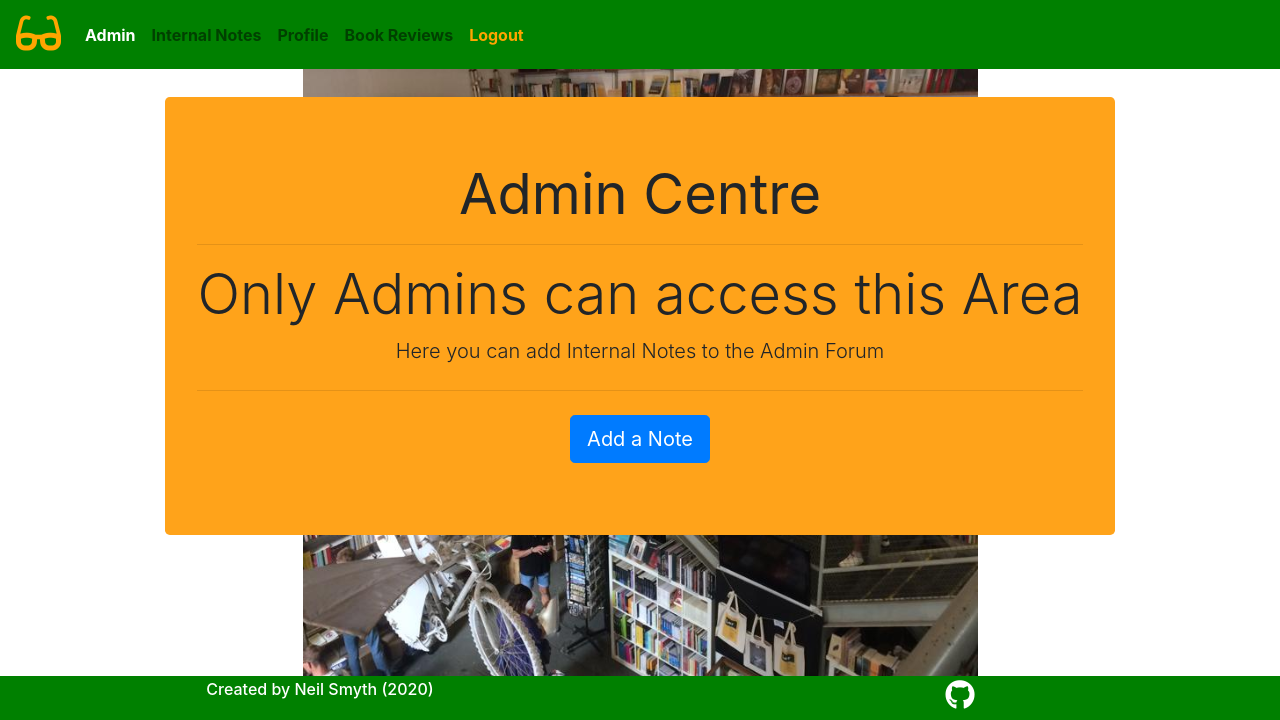
Repository: NeiloErnesto89/Data_Centric_Dev_Milestone_Project3
Page: templates/admin.html
The author's editor kept a record of every edit. The page is drawn from the files as they stood at one moment, then again after the next edit.
The browser window is 1280 px wide. The pictures show the whole page.
Some web libraries are served in a nearby version. The template is drawn by Flask 3. The application's start-up code is not run. Other server files are loaded and not shown. The template is opened directly, without the code that normally fills it, so the values that code supplies are empty.

Above is the page before.

### templates/admin.html
{% extends "base.html" %}

<!--NavBar with Burger Icon-->
{% block navbar %}
<header class="nav-container">
    <nav class="navbar navbar-expand-lg navbar-light mb-1 text-center fixed-top">
        <a class="navbar-brand" data-target="#modalPopUp" data-toggle="modal"><i class="fas fa-glasses" style="font-size:40px;color:orange;"></i></a>
        <button class="navbar-toggler" type="button" data-toggle="collapse" data-target="#navbarTogglerDemo02" aria-controls="navbarTogglerDemo02" aria-expanded="false" aria-label="Toggle navigation">
                                <span class="navbar-toggler-icon"></span>
                              </button>
        <div class="collapse navbar-collapse" id="navbarTogglerDemo02">
            <ul class="navbar-nav mr-auto mt-0 mt-lg-0">

                {% if user.username == None %}
                <li class="nav-item">
                    <a class="nav-link" href="{{ url_for('index') }}"><b>Home</b></a>
                </li>
                <li class="nav-item">
                    <a class="nav-link" href="{{ url_for('signup') }}"><b>Sign Up</b></a>
                </li>
                <li class="nav-item">
                    <a class="nav-link" href="{{ url_for('login') }}"><b>Login</b></a>
                </li>

                {% else %}

                <li class="nav-item">
                    <a class="nav-link" style="color:white;" href="{{ url_for('admin') }}"><b>Admin</b></a>
                </li>
                <li class="nav-item">
                    <a class="nav-link" href="{{ url_for('all_comments') }}"><b>Internal Notes</b></a>
                </li>
                <li class="nav-item">
                    <a class="nav-link" href="{{ url_for('bio') }}"><b>Profile</b></a>
                </li>
                <li class="nav-item">
                    <a class="nav-link" href="{{ url_for('all_reviews') }}"><b>Book Reviews</b></a>
                </li>

                <div>
                    <li class="nav-item">
                        <a class="nav-link" style="color:orange;" href="{{ url_for('logout') }}"><b>Logout</b></a>
                    </li>
                </div>
                {% endif %}


            </ul>
        </div>
    </nav>
</header>
{% endblock navbar %}

{% block content %}

<div class="row">
            <div class="jumbotron mt-3">
                <h1 class="display-4 text-center"><b>Admin Centre</b></h1>
                <hr>
                <h5 class="display-4 text-center">Only Admins can access this Area</h5>
                <p class="lead text-center">Here you can add Internal Notes to the Admin Forum</p>
                <hr class="my-4">
                <div class="row">
                    <div class="col-sm-12">
                        <div class="text-center">
                            <a class="btn btn-primary btn-lg mb-2 " href="{{ url_for('comment_page') }}" role="button">Add a Note</a>
                        </div>
                    </div>

                </div>
            </div>

        </div>

{% endblock %}

### templates/base.html
<!DOCTYPE html>
<html lang="en">

<head>
    <meta charset="UTF-8">
    <meta name="viewport" content="width=device-width, initial-scale=1.0">
    <meta http-equiv="X-UA-Compatible" content="ie=edge">

    <title>Book Reviews</title>

    <!-- Bootstrap -->
    <link rel="stylesheet" href="https://stackpath.bootstrapcdn.com/bootstrap/4.3.1/css/bootstrap.min.css" integrity="sha384-ggOyR0iXCbMQv3Xipma34MD+dH/1fQ784/j6cY/iJTQUOhcWr7x9JvoRxT2MZw1T" crossorigin="anonymous">

    <!-- Google Font-->

    <link href="https://fonts.googleapis.com/css?family=Montserrat:400,700" rel="stylesheet">

    <!-- Font Awesome-->

    <link rel="stylesheet" href="https://use.fontawesome.com/releases/v5.7.2/css/all.css" integrity="sha384-fnmOCqbTlWIlj8LyTjo7mOUStjsKC4pOpQbqyi7RrhN7udi9RwhKkMHpvLbHG9Sr" crossorigin="anonymous">

    <link rel="stylesheet" href="https://cdnjs.cloudflare.com/ajax/libs/font-awesome/4.7.0/css/font-awesome.min.css">

    <!-- CSS -->

    <link rel="stylesheet" href="{{url_for('static', filename='css/style.css')}}" type="text/css" />


</head>

<body>

<div class="cover-container d-flex mx-auto flex-column">

            <!--NavBar with Burger Icon-->
        {% block navbar %}
        <header class="nav-container">
            <nav class="navbar navbar-expand-lg navbar-light mb-1 text-center fixed-top">
                <a class="navbar-brand" href="{{ url_for('index') }}" data-target="#modalPopUp" data-toggle="modal"><i class="fas fa-glasses" style="font-size:40px;color:orange;"></i></a>
                <button class="navbar-toggler" type="button" data-toggle="collapse" data-target="#navbarTogglerDemo02" aria-controls="navbarTogglerDemo02" aria-expanded="false" aria-label="Toggle navigation">
                                <span class="navbar-toggler-icon"></span>
                              </button>
                <div class="collapse navbar-collapse" id="navbarTogglerDemo02">
                    <ul class="navbar-nav mr-auto mt-0 mt-lg-0">


                        <li class="nav-item">
                            <a class="nav-link" href="{{ url_for('index') }}"><b>Home</b></a>
                        </li>
                        <li class="nav-item">
                            <a class="nav-link" href="{{ url_for('signup') }}"><b>Sign Up</b></a>
                        </li>
                        <li class="nav-item">
                            <a class="nav-link" href="{{ url_for('login') }}"><b>Login</b></a>
                        </li>

                    </ul>
                </div>
            </nav>
        </header>
        {% endblock navbar %}



    <hr>

    <main class="container base-container mt-5 mb-5">
            {% block content %}
            {% endblock %}

    </main>
    <hr>

        <!--FOOTER -->

        <div class="footer container-fluid">
            <div class="row justify-content-center">
                <div class="text-center col-xs-12 col-sm-6 mt-1 mb-2">

                    <h6>Created by Neil Smyth (2020)</h6>

                </div>
                <div class="text-center col-xs-12 col-sm-6 mt-1 mb-2">

                    <a href="https://github.com/NeiloErnesto89" target="_blank "><i class="fab fa-github" style="font-size:30px; color:white; "></i></a>

                </div>
            </div>
        </div> <!-- footer container-->

</div>    <!--Cover Container -->

    <!-- JQuery -->
    <script src="https://cdnjs.cloudflare.com/ajax/libs/jquery/3.2.1/jquery.min.js"></script>

    <!-- Bootstrap JS-->

    <script src="https://code.jquery.com/jquery-3.3.1.slim.min.js" integrity="sha384-q8i/X+965DzO0rT7abK41JStQIAqVgRVzpbzo5smXKp4YfRvH+8abtTE1Pi6jizo" crossorigin="anonymous"></script>
    <script src="https://cdnjs.cloudflare.com/ajax/libs/popper.js/1.14.7/umd/popper.min.js" integrity="sha384-UO2eT0CpHqdSJQ6hJty5KVphtPhzWj9WO1clHTMGa3JDZwrnQq4sF86dIHNDz0W1" crossorigin="anonymous"></script>
    <script src="https://stackpath.bootstrapcdn.com/bootstrap/4.3.1/js/bootstrap.min.js" integrity="sha384-JjSmVgyd0p3pXB1rRibZUAYoIIy6OrQ6VrjIEaFf/nJGzIxFDsf4x0xIM+B07jRM" crossorigin="anonymous"></script>

    <!-- JS File -->

    <script src="{{url_for('static', filename='js/script.js')}}"></script>


    <!--  <script type="text/javascript">
        $(document).ready(function() {
            $('.collapsible').collapsible();
        });
    </script>  -->
</body>

</html>

### static/css/style.css
body {
  background-color: #F0F0F0;
  display: flex;
  background: url("../images/libs.jpg") no-repeat center center fixed;

}


/*.cover-container {
  min-height: 100vh;
  background: url('../images/libs.jpg') no-repeat center center fixed;
    -webkit-background-size: cover;
  -moz-background-size: cover;
  -o-background-size: cover;
  background-size: cover;
  display: flex;
  align-items: center;
  justify-content: center;
  transition: all .5s ease-in-out;
  -moz-transition: all .5s ease-in-out;
  -webkit-transition: all .5s ease-in-out;
  -o-transition: all .5s ease-in-out;
  position: relative;
} */


.navbar {
  background-color: green;
}

.jumbotron {
  background-color: #ffa31a;
  margin-right: 3rem;
  margin-left: 3rem;
}

/* Paginate Button on All Reviews.html (taken from w3 schools*/

.paginate {
  display: inline-block;
}

.paginate a {
  color: black;
  float: left;
  padding: 8px 16px;
  text-decoration: none;
  margin: 15px;
}

.paginate a.active {
  background-color: #4CAF50;
  color: white;
  border-radius: 5px;
}

.paginate a:hover:not(.active) {
  background-color: #ddd;
  border-radius: 5px;
}

/* all_reviews.html - book review cards*/

.card {
  margin: 5px;
  box-shadow: 0 4px 8px 0 rgba(0, 0, 0, 0.2)
  /*border: 8px solid rgb(5, 187, 5);
  border-radius: 3rem; */
}

/* Card Image */

.book_image {
  background-color: white;
  box-shadow: 0 4px 8px 0 rgba(0, 0, 0, 0.2), 0 6px 20px 0 rgba(0, 0, 0, 0.19);
  max-width: 100%;
  height: 28rem;

}

/*
  .card-img-top {
    width: 100%;
    height: 15vw;
    object-fit: cover;
}
  */

/* MODAL */

.modal {
  color: black;
  background-color: rgb(204, 255, 204, 0.8);
}

.modal-header {

  background-color: rgb(204, 255, 204);
  opacity: 0.8;

}

.modal-title {
  font-size: 34px;
  font-weight: bold;
  text-align: center;
  /*margin-left: 45px; */
  padding: 5px;
  /*text-decoration: underline;*/
}


.modal-body {
  font-size: 15px;
  font-weight: bold;
  color: white;
  background-color: rgb(0, 153, 51);
  opacity: 0.8;
  text-align: center;
}

.modal-footer {
  background-color: rgb(204, 255, 204);
  opacity: 0.8;
}

.modal-header .close {
  margin: -10px;
}

/*

#logout_button {
  color: #3d7a59;
  font-weight: 700;
  font-size: 17px;
  margin: 5px;
  padding: 5px;
  position: fixed;
  bottom: 7px;
  right: 2px;
  z-index: 1;
  opacity: 0.9;
} */

.footer {
  position: fixed;
  left: 0;
  bottom: 0;
  width: 100%;
  background-color: green;
  color: white;
  text-align: center;
}

### static/js/script.js
/*$(document).ready(function() {

    $('#popUpModal').modal('show');
}); */

$(function () {
  $('[data-toggle="tooltip"]').tooltip()
})

After the next edit:
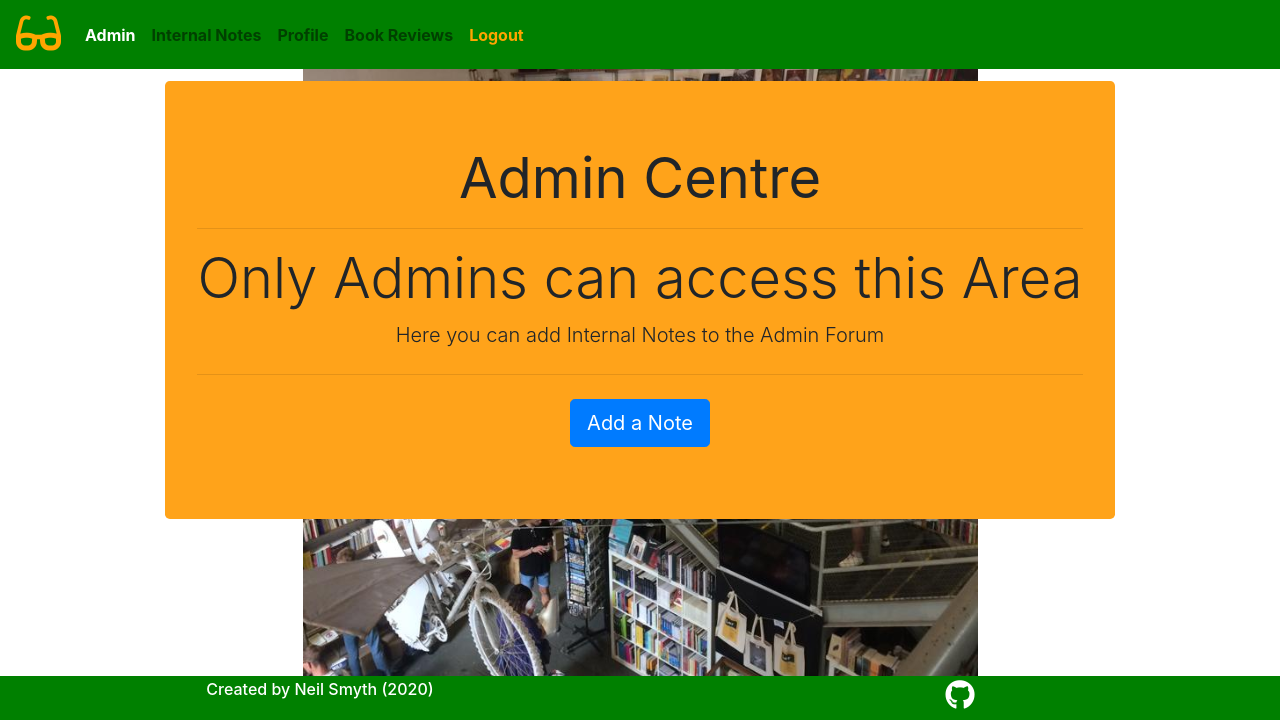
The edit:
--- a/templates/admin.html
+++ b/templates/admin.html
@@ -54,7 +54,7 @@
 {% block content %}
 
 <div class="row">
-            <div class="jumbotron mt-3">
+            <div class="jumbotron">
                 <h1 class="display-4 text-center"><b>Admin Centre</b></h1>
                 <hr>
                 <h5 class="display-4 text-center">Only Admins can access this Area</h5>
